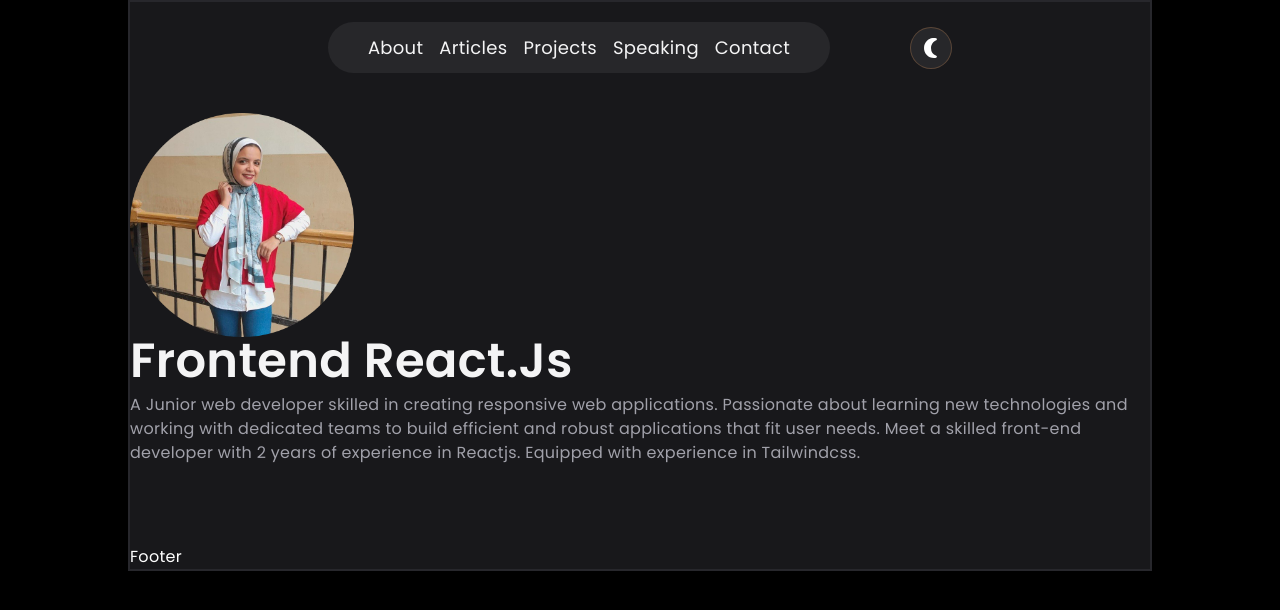
Repository: Wafaabahgat/Portfolio
Page: /
An editor plug-in stored every save of this project. The page is shown before and after a run of saves, followed by the edit.
The browser window is 1280 px wide. The pictures show the whole page.
The project was rebuilt for these pictures with package versions that can differ from the ones it lists, and the page was loaded fresh each time. Also part of the build but not shown: vite.config.ts, src/App.css, src/ErrorPage.tsx.

Above is the page before, as saved 2023-12-08 03:17:57.

After the next 2 saves:
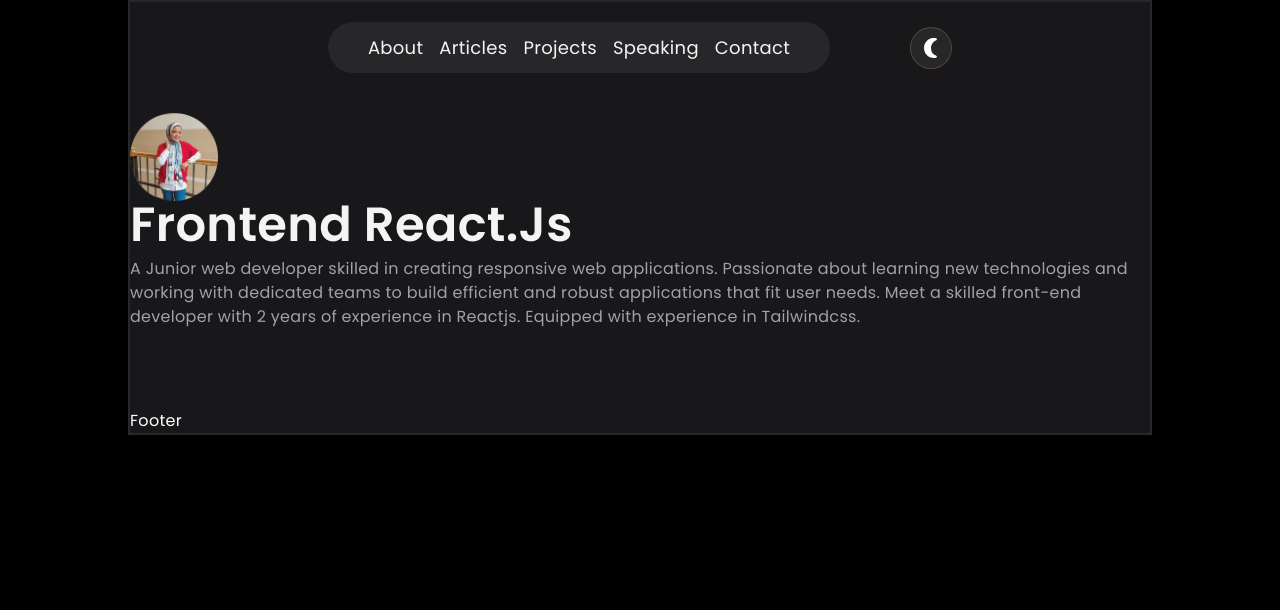
The 2 saves are shown as one change because they came seconds apart.
The last was saved 32 s later.
--- a/src/components/home/Hero.tsx
+++ b/src/components/home/Hero.tsx
@@ -8,7 +8,7 @@
     <>
       <div className="mt-10">
         <div>
-          <img src={avatar} className="w-[22%]"/>
+          <img src={avatar} className="w-[88px]"/>
           <h1 className="text-main-title font-semibold text-5xl mb-2 capitalize">
             frontend react.js
           </h1>

After the save that followed:
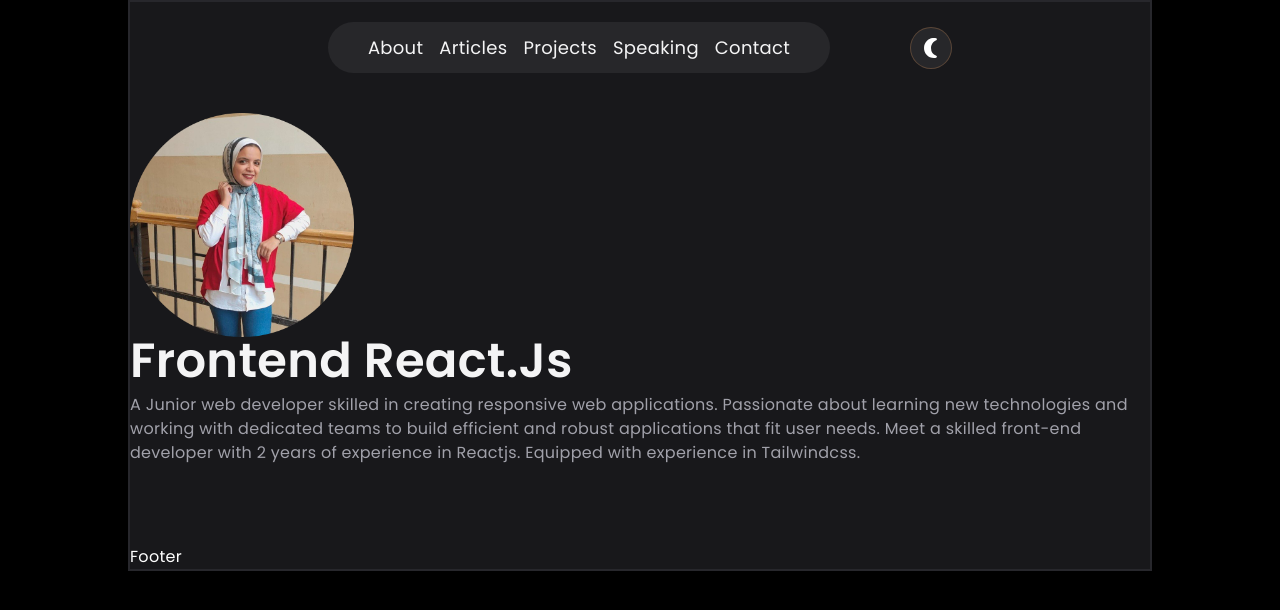
Saved 6 s later.
--- a/src/components/home/Hero.tsx
+++ b/src/components/home/Hero.tsx
@@ -8,7 +8,7 @@
     <>
       <div className="mt-10">
         <div>
-          <img src={avatar} className="w-[88px]"/>
+          <img src={avatar} className="w-[22%]"/>
           <h1 className="text-main-title font-semibold text-5xl mb-2 capitalize">
             frontend react.js
           </h1>
